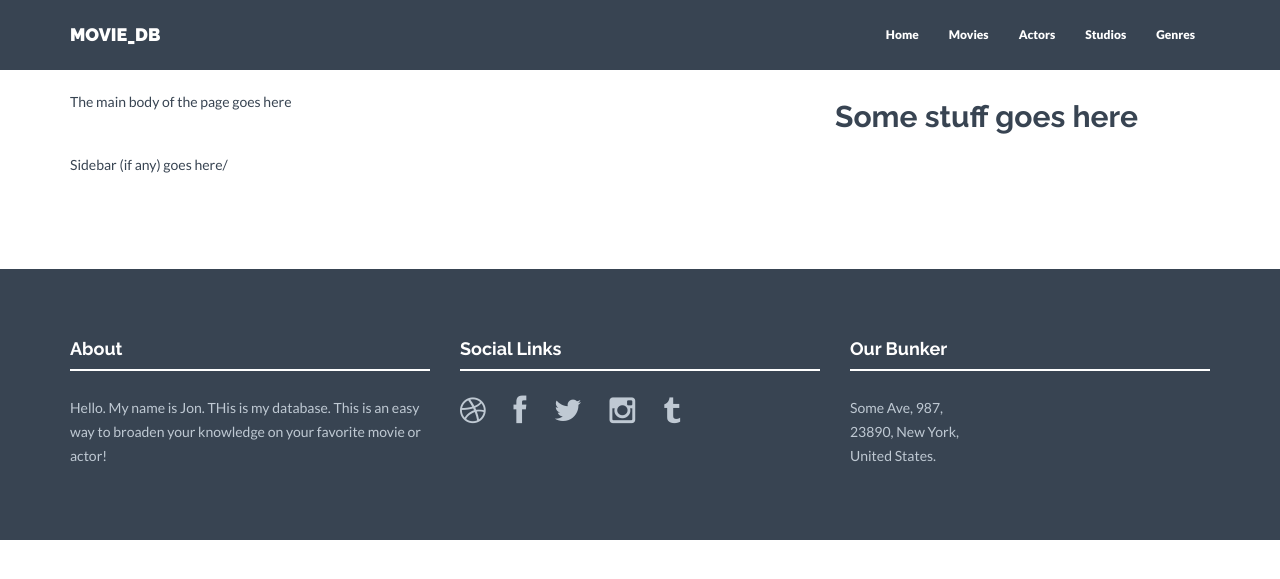
Repository: jonak91/Buzzerd-index
Page: http://localhost/admin.php
The author's editor kept a record of every edit. The page is drawn from the files as they stood at one moment, then again after the next edit.
The browser window is 1280 px wide. The pictures show the whole page.
Some web libraries are served in a nearby version. The page is run by PHP 8.4 with error messages shown; the project is at /var/www/html/.

Above is the page before.
Not found: assets/js/modernizr.js

After the next edit:
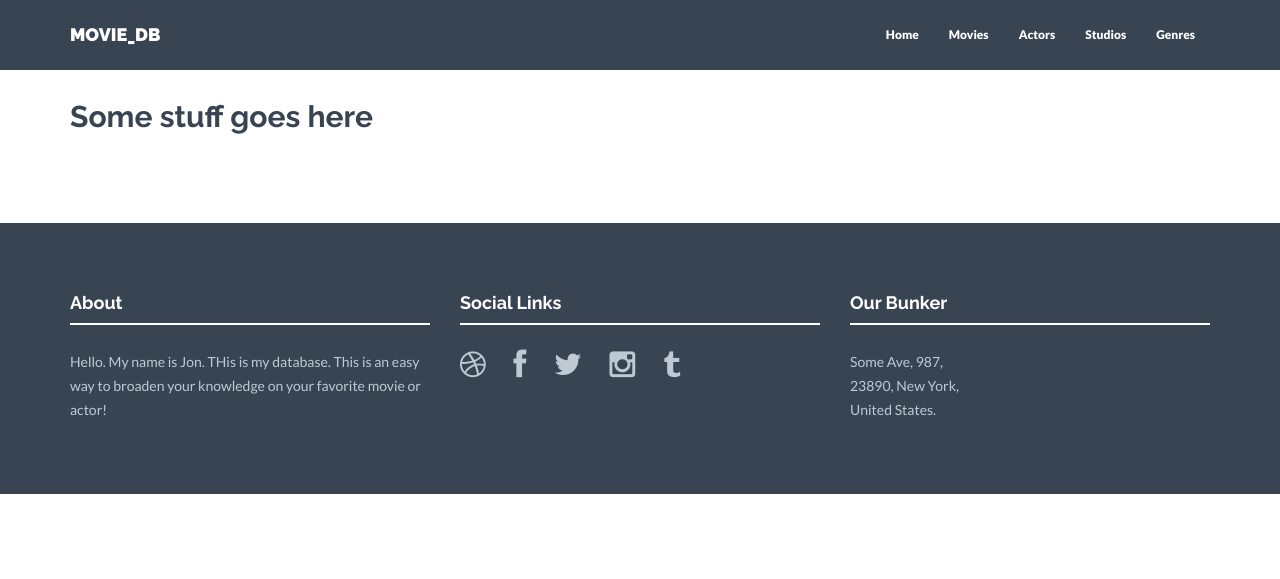
The edit:
--- a/admin.php
+++ b/admin.php
@@ -6,15 +6,9 @@
 
 	 		<! -- MAIN CONTENAT AREA -->
 	 		<div class="col-lg-8">
-	 			<p>The main body of the page goes here</p>
+		 			<h2>Some stuff goes here</h2>
 
 			</div><! --/ MAIN CONTENT AREA -->
-	 		<h2>Some stuff goes here</h2>
-
-	 		<! -- SIDEBAR -->
-	 		<div class="col-lg-4">
-		 		<p>Sidebar (if any) goes here/</p>
-	 		</div><!-- /SIDEBAR -->
 	 	</div><! --/row -->
 	 </div><! --/container -->
 
